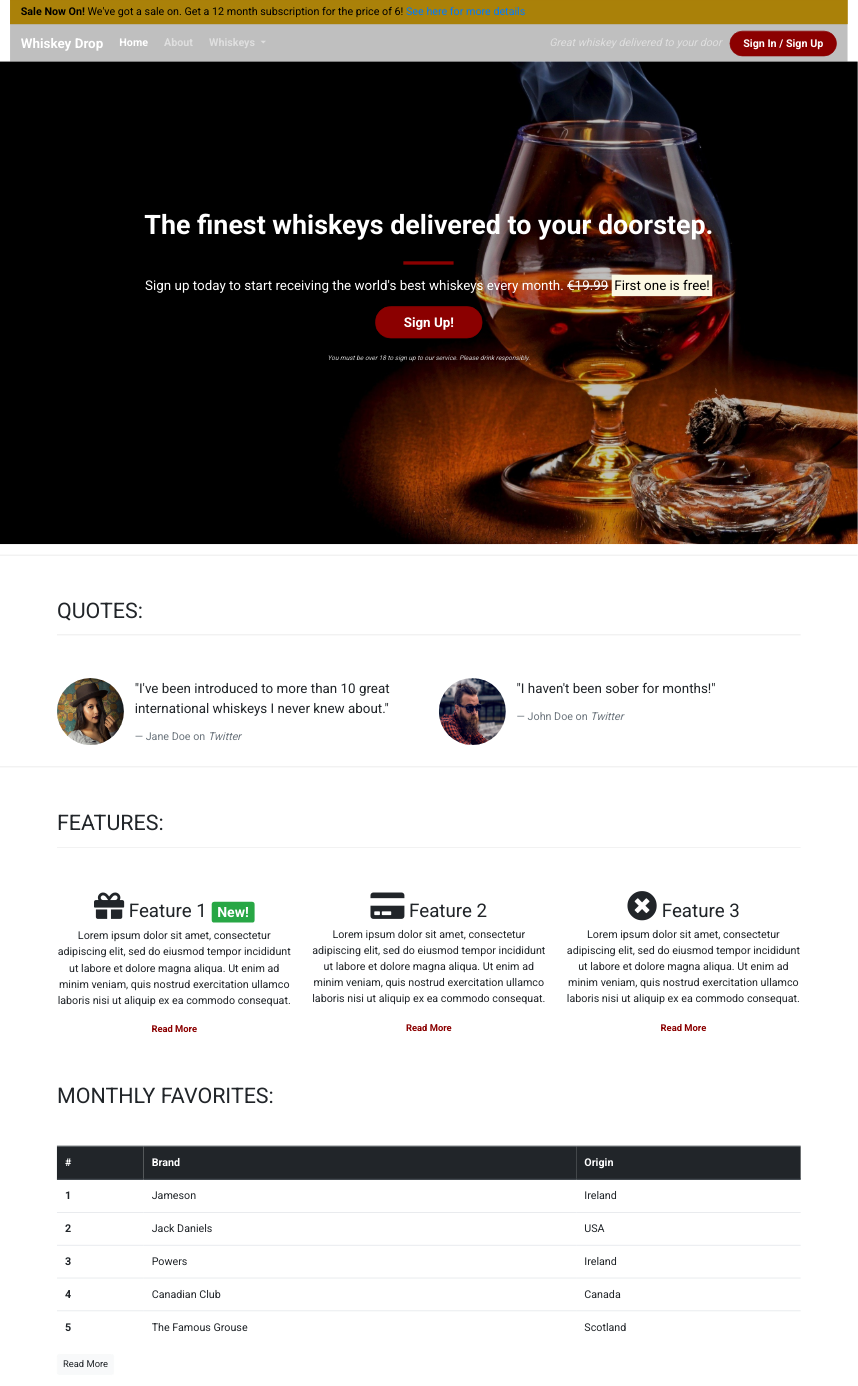
Repository: dof-bull/whiskey-drop
Page: index.html
The author's editor kept a record of every edit. The page is drawn from the files as they stood at one moment, then again after the next edit.
The browser window is 1280 px wide. The pictures show the whole page, at 67% of full size.
Backgrounds fixed to the window are drawn as part of the page. Some web libraries are served in a nearby version.

Above is the page before.

### index.html
<!DOCTYPE html>
<html lang="en-us">

<head>
  <meta charset="utf-8">
  <meta name="viewport" content="width=device-width, initial-scale=1.0">
  <title>Whiskey Drop | Taste a new whiskey every month</title>
  <link rel="stylesheet" href="https://maxcdn.bootstrapcdn.com/bootstrap/4.1.3/css/bootstrap.min.css">
  <link rel="stylesheet" href="https://use.fontawesome.com/releases/v5.6.1/css/all.css" integrity="sha384-gfdkjb5BdAXd+lj+gudLWI+BXq4IuLW5IT+brZEZsLFm++aCMlF1V92rMkPaX4PP" crossorigin="anonymous">
  <link href="https://fonts.googleapis.com/css?family=Roboto:400,700&display=swap" rel="stylesheet">
  <link rel="stylesheet" href="css/style.css" type="text/css" />
</head>

<body>

  <!-- Nav -->
  <div class="container-fluid navalertf-container">
    <div class="container-fluid alert-container">
      <div class="row d-none d-sm-block">
        <div class="col-12">
          <div class="site-wide-alert alert alert-warning">
            <strong>Sale Now On!</strong> We've got a sale on. Get a 12 month subscription for the price of 6! <a href="">See here for more details</a>
          </div>
        </div>
      </div>
    </div>

    <nav class="navbar navbar-dark navbar-expand-sm">
      <a href="/" class="navbar-brand">
                    Whiskey Drop</a>
      <button class="navbar-toggler ml-auto" type="button" data-toggle="collapse" data-target="#navbarNavDropdown" aria-controls="navbarNavDropdown" aria-expanded="false" aria-label="Toggle navigation">
        <span class="navbar-toggler-icon"></span></button>
      <div class="collapse navbar-collapse" id="navbarNavDropdown">
        <ul class="navbar-nav mr-auto">
          <li class="active nav-item mr-2"><a class="nav-link" href="/">Home</a></li>
          <li class="nav-item mr-2"><a class="nav-link" href="">About</a></li>
          <li class="nav-item dropdown">
            <a class="nav-link dropdown-toggle" href="#" id="navbarDropdownMenuLink" role="button" data-toggle="dropdown" aria-haspopup="true" aria-expanded="false">
          Whiskeys
        </a>
            <div class="dropdown-menu" aria-labelledby="navbarDropdownMenuLink">
              <a class="dropdown-item" href="#">Irish</a>
              <a class="dropdown-item" href="#">Scotch</a>
              <a class="dropdown-item" href="#">Japanese</a>
              <a class="dropdown-item" href="#">American</a>
            </div>
          </li>

          <li class="nav-item mr-2 d-block d-sm-none"><a class="nav-link" href="">Sign In / Sign Up</a></li>
        </ul>
      </div>
      <div class="d-none d-md-block">
        <p class="navbar-text my-auto mr-2"><i>Great whiskey delivered to your door</i></p>
        <a href="/login" class="btn btn--cta btn--red">Sign In / Sign Up</a>
      </div>
    </nav>
  </div>
  <!-- /Nav -->

  <!-- Callout -->
  <div class="container-fluid callout-container">
    <div class="opaque-overlay">&nbsp;</div>
    <div class="row">
      <div class="col-12">
        <section class="callout jumbotron text-center">
          <h1 class="jumbotron-header">The finest whiskeys delivered to your doorstep.</h1>
          <hr class="block-divider block-divider--red">
          <p class="lead">Sign up today to start receiving the world's best whiskeys every month.
            <s class="d-none d-sm-inline">€19.99</s>
            <span class="d-inline d-sm-none"><br></span>
            <strong><mark>First one is free!</mark></strong></p>
          <p><button class="btn btn-lg btn--cta btn--red" data-toggle="modal" data-target="#signUpModal">Sign Up!</button></p>
          <p class="text-muted"><small>You must be over 18 to sign up to our service. Please drink responsibly.</small></p>
        </section>
      </div>
    </div>
  </div>
  <!-- /.callout -->
  <hr>
  <!-- Quotes -->
  <div class="container quotes-container">
    <section class="quotes">
      <div class="row">
        <div class="col-12 my-5">
          <h2 class="text-uppercase">Quotes:</h2>
          <hr />
        </div>
      </div>
      <div class="row">
        <div class="col-12 col-md-6">
          <div class="media">
            <div class="d-none d-sm-block">
              <img src="images/girl-image.png" class="rounded-circle mr-3" height=100 width=100 alt="girl">
            </div>
            <div class="media-body">
              <blockquote class="blockquote">
                <p>"I've been introduced to more than 10 great international whiskeys I never knew about."</p>
                <footer class="blockquote-footer">Jane Doe on <cite title="Twitter">Twitter</cite></footer>
              </blockquote>
            </div>
          </div>
        </div>
        <div class="col-12 col-md-6">
          <div class="media">
            <div class="d-none d-sm-block">
              <img src="images/guy-image.png" class="rounded-circle mr-3" height=100 width=100 alt="guy">
            </div>
            <div class="media-body">
              <blockquote class="blockquote">
                <p>"I haven't been sober for months!"</p>
                <footer class="blockquote-footer">John Doe on <cite title="Twitter">Twitter</cite></footer>
              </blockquote>
            </div>
          </div>
        </div>
      </div>
    </section>
  </div>
  <!-- /.quotes -->
  <hr>
  <!-- Features -->
  <div class="container features-container">
    <section class="features">
      <div class="row">
        <div class="col-12 my-5">
          <h2 class="text-uppercase">Features:</h2>
          <hr />
        </div>
      </div>
      <div class="row">
        <div class="col-12 col-md-6 col-lg-4">
          <div class="feature">
            <h3><i class="fas fa-gift d-none d-sm-inline"></i> Feature 1 <span class="badge badge-success">New!</span></h3>
            <p>Lorem ipsum dolor sit amet, consectetur adipiscing elit, sed do eiusmod tempor incididunt ut labore et dolore magna aliqua. Ut enim ad minim veniam, quis nostrud exercitation ullamco laboris nisi ut aliquip ex ea commodo consequat.</p>
            <p><a class="btn btn-sm btn-light" href="">Read More</a></p>
          </div>
        </div>
        <div class="col-12 col-md-6 col-lg-4">
          <div class="feature">
            <h3><i class="fas fa-credit-card d-none d-sm-inline"></i> Feature 2</h3>
            <p>Lorem ipsum dolor sit amet, consectetur adipiscing elit, sed do eiusmod tempor incididunt ut labore et dolore magna aliqua. Ut enim ad minim veniam, quis nostrud exercitation ullamco laboris nisi ut aliquip ex ea commodo consequat.</p>
            <p><a class="btn btn-sm btn-light" href="">Read More</a></p>
          </div>
        </div>
        <div class="col-12 d-md-none d-lg-block col-lg-4">
          <div class="feature">
            <h3><i class="fas fa-times-circle d-none d-sm-inline"></i> Feature 3</h3>
            <p>Lorem ipsum dolor sit amet, consectetur adipiscing elit, sed do eiusmod tempor incididunt ut labore et dolore magna aliqua. Ut enim ad minim veniam, quis nostrud exercitation ullamco laboris nisi ut aliquip ex ea commodo consequat.</p>
            <p><a class="btn btn-sm btn-light" href="">Read More</a></p>
          </div>
        </div>
      </div>
    </section>
  </div>
  <!-- /.features -->

  <!-- Monthly Favorites -->
  <div class="container monthly-favorites-container ">
    <section class="monthly-favorites d-none d-sm-none d-md-block d-lg-block">
      <div class="row">
        <div class="col-12 my-5">
          <h2 class="text-uppercase">Monthly Favorites:</h2>
        </div>
      </div>
      <table class="table">
        <thead class="thead-dark">
          <tr>
            <th scope="col">#</th>
            <th scope="col">Brand</th>
            <th scope="col">Origin</th>
          </tr>
        </thead>
        <tbody>
          <tr>
            <th scope="row">1</th>
            <td>Jameson</td>
            <td>Ireland</td>
          </tr>
          <tr>
            <th scope="row">2</th>
            <td>Jack Daniels</td>
            <td>USA</td>
          </tr>
          <tr>
            <th scope="row">3</th>
            <td>Powers</td>
            <td>Ireland</td>
          </tr>
          <tr>
            <th scope="row">4</th>
            <td>Canadian Club</td>
            <td>Canada</td>
          </tr>
          <tr>
            <th scope="row">5</th>
            <td>The Famous Grouse</td>
            <td>Scotland</td>
          </tr>
        </tbody>
      </table>
      <p><a class="btn btn-sm btn-light" href=""> Read More</a>
      </p>
    </section>
  </div>
  <!-- /.monthly favorites -->

  <!--  Modal -->
  <div class="modal" tabindex="-1" role="dialog" id="signUpModal">
    <div class="modal-dialog" role="document">
      <div class="modal-content">
        <div class="modal-header">
          <h5 class="modal-title">Sign Up To Whiskey Drop!</h5>
          <button type="button" class="close" data-dismiss="modal" aria-label="Close">
          <span aria-hidden="true">&times;</span>
        </button>
        </div>
        <div class="modal-body">
          <form>
            <div class="form-group">
              <label for="exampleInputEmail1">Email address</label>
              <input type="email" class="form-control" id="exampleInputEmail1" aria-describedby="emailHelp" placeholder="Enter email">
              <small id="emailHelp" class="form-text text-muted">We'll never share your email with anyone else.</small>
            </div>
            <div class="form-group">
              <label for="password">Password</label>
              <input type="password" class="form-control" id="password" placeholder="Password">
            </div>
            <div class="form-group">
              <label for="repeatPassword">Repeat Password</label>
              <input type="password" class="form-control" id="repeatPassword" placeholder="Repeat Password">
            </div>
            <button type="submit" class="btn btn-success">Submit</button>
          </form>
        </div>
      </div>
    </div>
  </div>
  <!--  /Modal -->

  <script src="https://code.jquery.com/jquery-3.3.1.slim.min.js" integrity="sha384-q8i/X+965DzO0rT7abK41JStQIAqVgRVzpbzo5smXKp4YfRvH+8abtTE1Pi6jizo" crossorigin="anonymous"></script>
  <script src="https://cdnjs.cloudflare.com/ajax/libs/popper.js/1.14.7/umd/popper.min.js" integrity="sha384-UO2eT0CpHqdSJQ6hJty5KVphtPhzWj9WO1clHTMGa3JDZwrnQq4sF86dIHNDz0W1" crossorigin="anonymous"></script>
  <script src="https://stackpath.bootstrapcdn.com/bootstrap/4.3.1/js/bootstrap.min.js" integrity="sha384-JjSmVgyd0p3pXB1rRibZUAYoIIy6OrQ6VrjIEaFf/nJGzIxFDsf4x0xIM+B07jRM" crossorigin="anonymous"></script>
</body>

</html>

### css/style.css
body {
    font-family: 'Roboto', sans-serif;
}

.container-wrapper {}

.container-wrapper--red {
    background-color: darkred;
    color: white;
}

.alert-container .col-12 {
    padding-left: 0;
    padding-right: 0;
}

.site-wide-alert {
    border-radius: 0;
    margin-bottom: 0;
    padding: 5px 15px;
    color: black;
    background-color: #aa8109;
    border-color: #aa8109;
}

.callout-container {
    height: 100vh;

    background: url("../images/whiskey-background.jpg") no-repeat bottom right fixed;
    -webkit-background-size: cover;
    -moz-background-size: cover;
    -o-background-size: cover;
    background-size: cover;

    display: flex;
    align-items: center;
    justify-content: center;

    position: relative;
}

.opaque-overlay {
    position: absolute;
    top: 0;
    left: 0;
    height: 100%;
    width: 100%;
    background-color: rgba(0, 0, 0, 0.25);
}

.quotes-container {}

.features-container {}

.monthly-favorites-container {}

/* Page headers */

.page-header {
    margin-bottom: 0;
    border-bottom: 0;
    text-align: center;
}

.page-header h2 {
    margin-top: 0;
}

.quotes .page-header {
    margin-bottom: 25px;
}

/* Block Dividers */

.block-divider {
    width: 75px;
    height: 5px;
    border: 0;
    background-color: darkred;
}

.block-divider--red {
    background-color: darkred;
}

.block-divider--white {
    background-color: white;
}


.block-divider--short {
    width: 35px;
}

/* Content containers */

.content-container {
    padding-top: 75px;
    padding-bottom: 75px;
}

/* Navbar */

.navalert-container {
    position: absolute;
    top: 0;
    left: 0;
    padding-left: 0;
    padding-right: 0;
    z-index: 1;
}

.navbar {
    margin-bottom: 0;
    border: 0;
    width: 100%;
    background-color: rgba(0, 0, 0, 0.25);
}

.navbar .navbar-toggler {
    border: 0;
}

.navbar-brand {
    font-weight: bold;
}

.navbar .navbar-nav a {
    font-weight: bold;
}

/* Jumobtron */

.jumbotron {
    background-color: transparent;
}

.jumbotron-header {
    color: white;
    font-weight: bold;
    margin-bottom: 30px;
}

.jumbotron .lead {
    color: white;
}


.jumbotron small {
    font-size: 60%;
    font-style: italic;
    color: #d0d0d0;
}

/* Buttons */

.btn--cta {
    font-weight: bold;
    border-radius: 23px;
    width: 160px;
}

.btn--red {
    color: white;
    background-color: darkred;
    border-color: darkred;
}

.btn--red:hover,
.btn--red:active,
.btn--red:focus,
.btn--red:active:focus {
    background-color: red;
    border-color: red;
}

.feature {
    text-align: center
}

.feature i {
    margin-bottom: 20px;
    font-size: 45px;
    line-height: 45px;
}

.feature .btn {
    background-color: white;
    border-color: white;
    border-radius: 15px;
    min-width: 100px;
    font-weight: bold;
    margin-top: 1opx;
    color: darkred;
}

After the next edit:
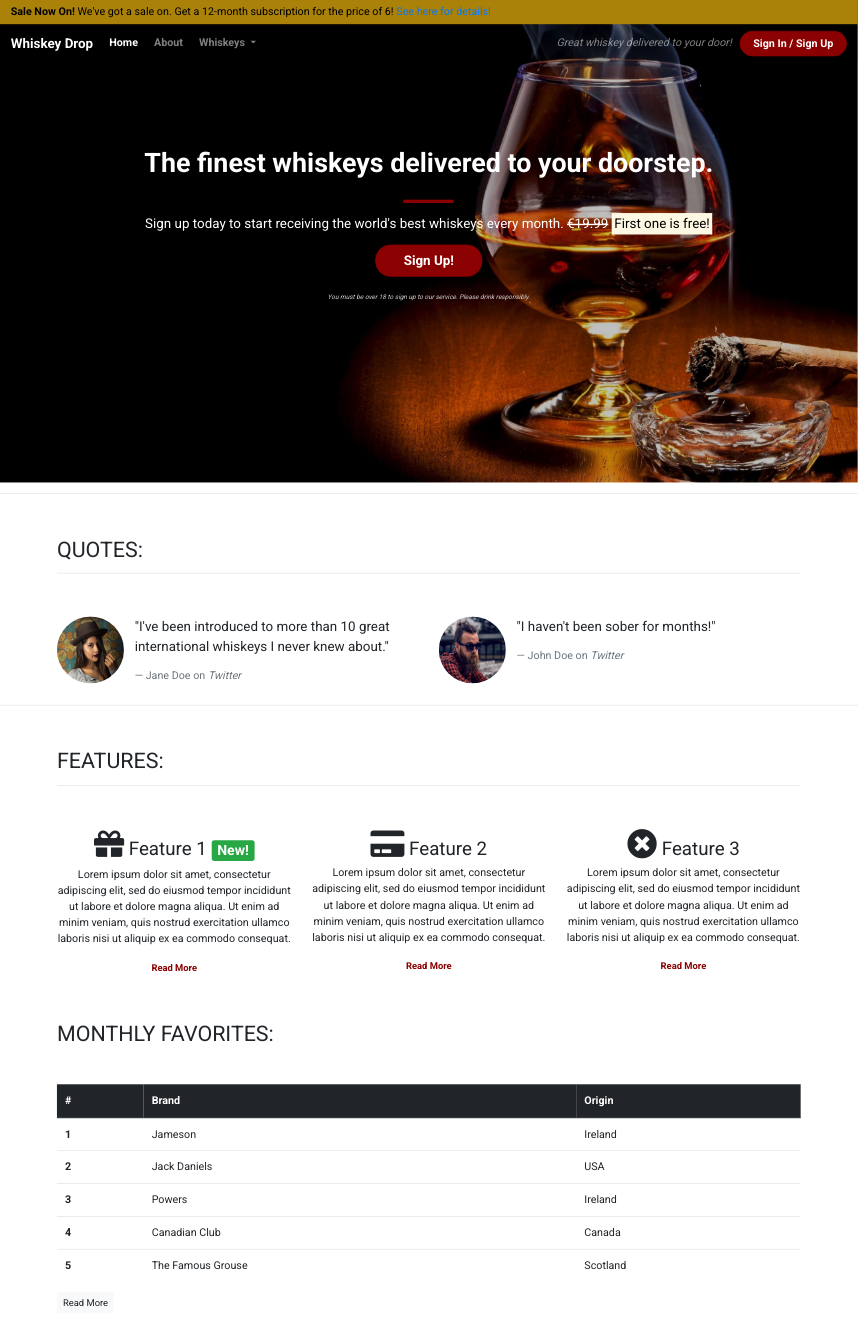
The edit:
--- a/index.html
+++ b/index.html
@@ -14,47 +14,47 @@
 <body>
 
   <!-- Nav -->
-  <div class="container-fluid navalertf-container">
-    <div class="container-fluid alert-container">
-      <div class="row d-none d-sm-block">
-        <div class="col-12">
-          <div class="site-wide-alert alert alert-warning">
-            <strong>Sale Now On!</strong> We've got a sale on. Get a 12 month subscription for the price of 6! <a href="">See here for more details</a>
-          </div>
-        </div>
-      </div>
-    </div>
-
-    <nav class="navbar navbar-dark navbar-expand-sm">
-      <a href="/" class="navbar-brand">
-                    Whiskey Drop</a>
-      <button class="navbar-toggler ml-auto" type="button" data-toggle="collapse" data-target="#navbarNavDropdown" aria-controls="navbarNavDropdown" aria-expanded="false" aria-label="Toggle navigation">
+  <div class="container-fluid navalert-container">
+        <div class="container-fluid alert-container">
+            <div class="row d-none d-sm-block">
+                <div class="col-12">
+                    <div class="site-wide-alert alert alert-warning">
+                        <strong>Sale Now On!</strong> We've got a sale on. Get a 12-month subscription for the price of 6! <a href="">See here for details!</a>
+                    </div>
+                </div>
+            </div>
+        </div>
+        <nav class="navbar navbar-dark navbar-expand-sm">
+            <a href="/" class="navbar-brand">Whiskey Drop</a>
+
+            <button class="navbar-toggler ml-auto" type="button" data-toggle="collapse" data-target="#navbarNavDropdown" aria-controls="navbarNavDropdown" aria-expanded="false" aria-label="Toggle navigation">
         <span class="navbar-toggler-icon"></span></button>
-      <div class="collapse navbar-collapse" id="navbarNavDropdown">
-        <ul class="navbar-nav mr-auto">
-          <li class="active nav-item mr-2"><a class="nav-link" href="/">Home</a></li>
-          <li class="nav-item mr-2"><a class="nav-link" href="">About</a></li>
-          <li class="nav-item dropdown">
-            <a class="nav-link dropdown-toggle" href="#" id="navbarDropdownMenuLink" role="button" data-toggle="dropdown" aria-haspopup="true" aria-expanded="false">
+
+            <div class="collapse navbar-collapse" id="navbarNavDropdown">
+                <ul class="navbar-nav mr-auto">
+                    <li class="active nav-item mr-2"><a class="nav-link" href="/">Home</a></li>
+                    <li class="nav-item mr-2"><a class="nav-link" href="/about">About</a></li>
+                    <li class="nav-item dropdown">
+                        <a class="nav-link dropdown-toggle" href="#" id="navbarDropdownMenuLink" role="button" data-toggle="dropdown" aria-haspopup="true" aria-expanded="false">
           Whiskeys
         </a>
-            <div class="dropdown-menu" aria-labelledby="navbarDropdownMenuLink">
-              <a class="dropdown-item" href="#">Irish</a>
-              <a class="dropdown-item" href="#">Scotch</a>
-              <a class="dropdown-item" href="#">Japanese</a>
-              <a class="dropdown-item" href="#">American</a>
-            </div>
-          </li>
-
-          <li class="nav-item mr-2 d-block d-sm-none"><a class="nav-link" href="">Sign In / Sign Up</a></li>
-        </ul>
-      </div>
-      <div class="d-none d-md-block">
-        <p class="navbar-text my-auto mr-2"><i>Great whiskey delivered to your door</i></p>
-        <a href="/login" class="btn btn--cta btn--red">Sign In / Sign Up</a>
-      </div>
-    </nav>
-  </div>
+                        <div class="dropdown-menu" aria-labelledby="navbarDropdownMenuLink">
+                            <a class="dropdown-item" href="#">Irish</a>
+                            <a class="dropdown-item" href="#">Scotch</a>
+                            <a class="dropdown-item" href="#">Japanese</a>
+                            <a class="dropdown-item" href="#">American</a>
+                        </div>
+                    </li>
+
+                    <li class="nav-item mr-2 d-block d-sm-none"><a class="nav-link" href="/login">Sign In / Sign Up</a></li>
+                </ul>
+            </div>
+            <div class="d-none d-md-block">
+                <p class="navbar-text my-auto mr-2"><i>Great whiskey delivered to your door!</i></p>
+                <a href="/login" class="btn btn--cta btn--red">Sign In / Sign Up</a>
+            </div>
+        </nav>
+    </div>
   <!-- /Nav -->
 
   <!-- Callout -->
